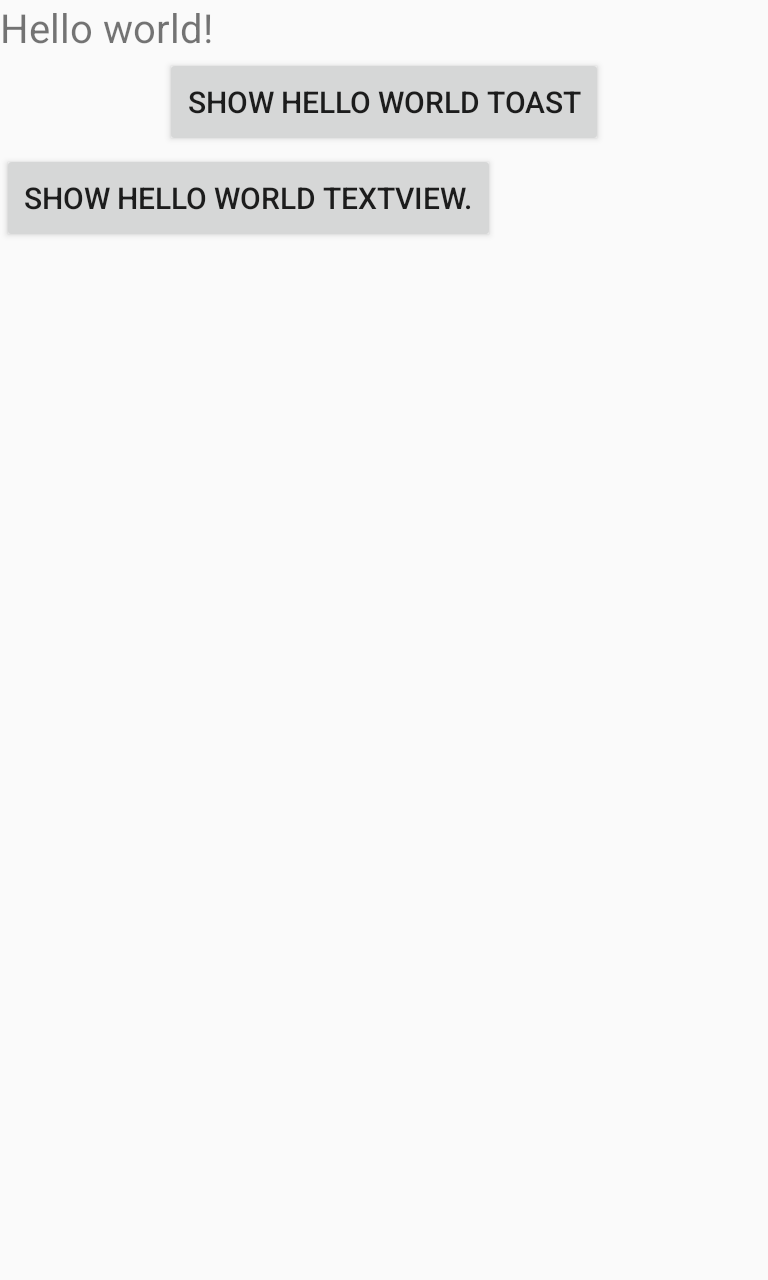
Repository: JoanneCaroll/EventHandling
Layout: EventHandling/res/layout/activity_main.xml
These files come from the project's save history. The layout is drawn as it stood at one moment and after the next save; the edit follows.
It is drawn on a 768 x 1280 px phone screen (xhdpi) without system bars, with theme AppTheme; the app's code is not run.

Above is the layout before, as saved 2014-10-28 07:04:58.

After the next save:
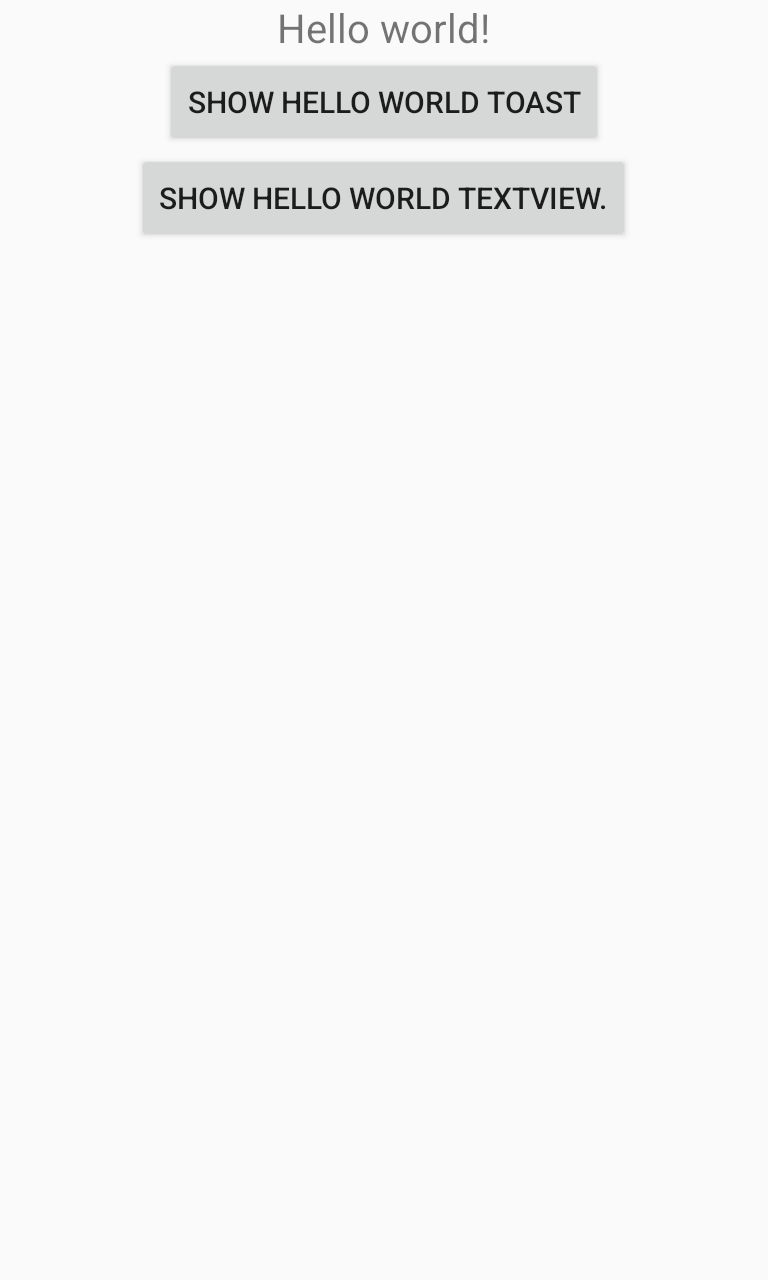
Saved 20 s later.
--- a/EventHandling/res/layout/activity_main.xml
+++ b/EventHandling/res/layout/activity_main.xml
@@ -7,6 +7,7 @@
 
 
         <TextView
+            android:layout_gravity="center"
             android:id="@+id/hello_world"
             android:layout_width="wrap_content"
             android:layout_height="wrap_content"
@@ -22,6 +23,7 @@
 	        android:textSize="15dp"/>
 
        <Button
+           android:layout_gravity="center"
            android:id="@+id/showText"
            android:layout_width="wrap_content"
            android:layout_height="wrap_content"
